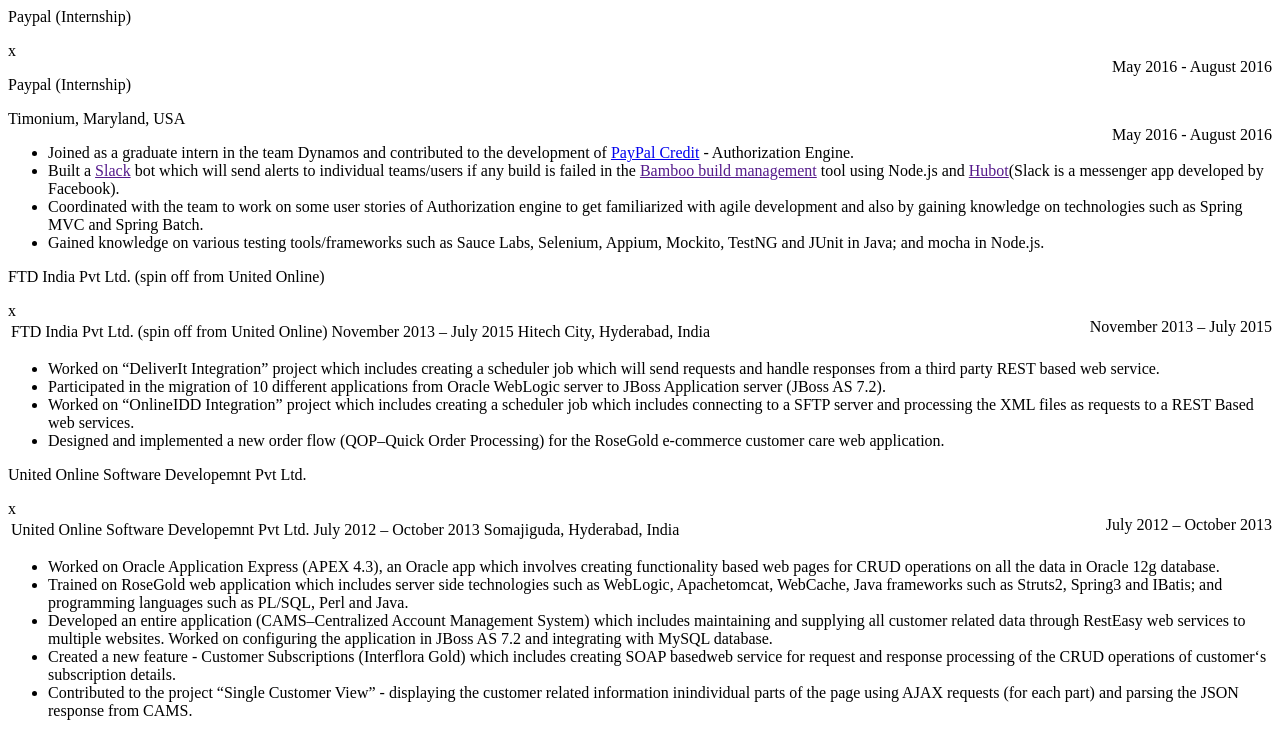
Repository: phanindrakannaji/Resume
Page: http://localhost/application/pages/experience.php
These files come from the project's save history. The page is drawn as it stood at one moment and after a run of saves; the edit follows.
The browser window is 1280 px wide. The pictures show the whole page.
The page is run by PHP 8.4 with error messages shown; the project is at /var/www/html/.

Above is the page before, as saved 2016-09-25 17:07:43.
Console error: ReferenceError: $ is not defined

After the next 2 saves:
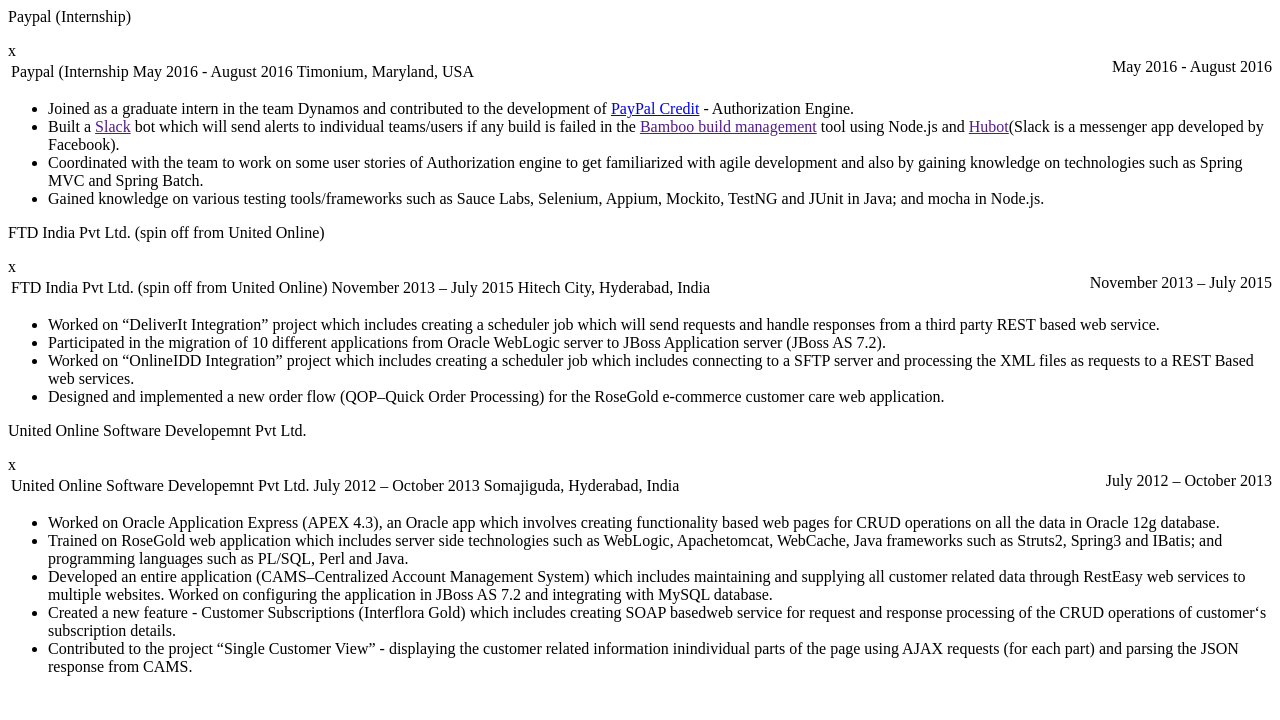
The 2 saves are shown as one change because they came seconds apart.
The last was saved 45 s later.
--- a/Resume/application/pages/experience.php
+++ b/Resume/application/pages/experience.php
@@ -9,11 +9,13 @@
 	<div class="divExperienceWork modal">
 		<div class="modal-content">
 			<span class="close">x</span>
-			<p class="expHeading">Paypal (Internship)</p>
-			<p class="expHeadingContent" style="float: right;">May 2016 - August
-				2016</p>
-			<p class="expHeadingContent divExperiencelocation ">Timonium,
-				Maryland, USA</p>
+			<table>
+				<tr>
+					<td>Paypal (Internship</td>
+					<td>May 2016 - August 2016</td>
+					<td>Timonium, Maryland, USA</td>
+				</tr>
+			</table>
 			<ul>
 				<li>Joined as a graduate intern in the team Dynamos and contributed
 					to the development of <a
